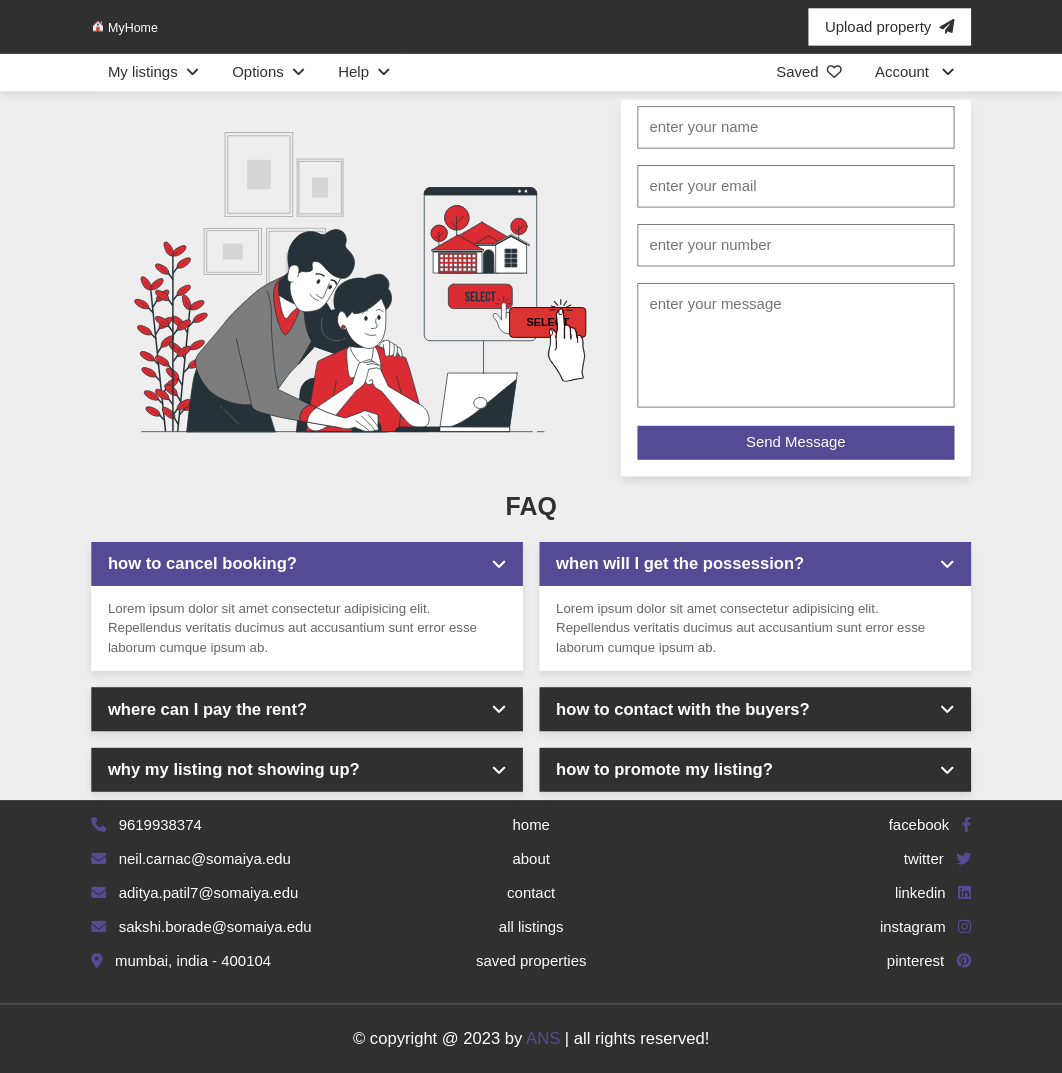
Repository: adi-tya999/wpl-project-realestatewebsite-main
Page: http://localhost/project/contact.php
An editor plug-in stored every save of this project. The page is shown before and after the next save, followed by the edit.
The browser window is 1280 px wide. The pictures show the whole page, at 83% of full size.
The page is run by PHP 8.4 with error messages shown; the project is at /var/www/html/.

Above is the page before, as saved 2023-05-01 17:19:53.

### project/contact.php
<?php

include 'components/connect.php';

if(isset($_COOKIE['user_id'])){
   $user_id = $_COOKIE['user_id'];
}else{
   $user_id = '';
}

if(isset($_POST['send'])){

   $msg_id = create_unique_id();
   $name = $_POST['name'];
   $name = filter_var($name, FILTER_SANITIZE_STRING);
   $email = $_POST['email'];
   $email = filter_var($email, FILTER_SANITIZE_STRING);
   $number = $_POST['number'];
   $number = filter_var($number, FILTER_SANITIZE_STRING);
   $message = $_POST['message'];
   $message = filter_var($message, FILTER_SANITIZE_STRING);

   $verify_contact = $conn->prepare("SELECT * FROM `messages` WHERE name = ? AND email = ? AND number = ? AND message = ?");
   $verify_contact->execute([$name, $email, $number, $message]);

   if($verify_contact->rowCount() > 0){
      $warning_msg[] = 'message sent already!';
   }else{
      $send_message = $conn->prepare("INSERT INTO `messages`(id, name, email, number, message) VALUES(?,?,?,?,?)");
      $send_message->execute([$msg_id, $name, $email, $number, $message]);
      $success_msg[] = 'message send successfully!';
   }

}

?>

<!DOCTYPE html>
<html lang="en">
<head>
   <meta charset="UTF-8">
   <meta http-equiv="X-UA-Compatible" content="IE=edge">
   <meta name="viewport" content="width=device-width, initial-scale=1.0">
   <title>Contact Us</title>
   <link type="image/png" sizes="16x16" rel="icon" href="images/hoe.png">

   <!-- font awesome cdn link  -->
   <link rel="stylesheet" href="https://cdnjs.cloudflare.com/ajax/libs/font-awesome/6.2.0/css/all.min.css">

   <!-- custom css file link  -->
   <link rel="stylesheet" href="css/style.css">

</head>
<body>

<?php include 'components/user_header.php'; ?>

<div>
<!-- contact section starts  -->
<style>
		button {
			background-color: #da3332;
			color: black;
			padding: 10px 20px;
			border: none;
			border-radius: 5px;
			font-size: 1.3rem;
         /* margin-top: 500px; */
         margin-left: 660px;
         font-weight: bold;
         border: 1.5px solid black;
         position: absolute;
         margin-top: 260px;
         /* font-family: Montserrat; Change the font */
         transition: background-color 0.3s, color 0.3s;
         transform: translateX(-50%); /* Adjust for half of the button's width */


		}
      button:hover{
         cursor: pointer;
         background-color: #EEEEEE;
			color: black;
      }
      .selele{

         position: absolute; /* Add relative positioning to the container */
			height: 1000px;
      }
      .finger{
         transition: 600ms;
         position: absolute; /* Add relative positioning to the container */
         height:100px ;
         width:45px ;
         margin-top: 250px;
         margin-left: 660px;
         z-index: 2;
      }
      .finger:hover{
         cursor: pointer;
         transform: scale(0.9); /* Add a scale transform on hover */
      }
      .linke{
         text-decoration: none;
         color: black;
      }
      .touch{
         margin-left: 40px ;
         margin-top: -100px;
      }
      .getin{
         margin-right: 150px;
      }
      .touch:hover{
         transform: scale(0.9); /* Add a scale transform on hover */

      }

	</style>

   <div class="selele">
      <img src="images/fingerwhite.png" class="finger" alt="">
      <button><a class="linke" href="home.php"><b>SELECT</b></a></button>
   </div>
<section class="contact">
   <div class="row">
      <div class="image">
         <img src="images/contact-img.svg" alt="">
      </div>
      <form action="" method="post">
         <h3 class="getin">get in <h3  class="touch">touch</h3></h3>
         <input type="text" name="name" required maxlength="50" placeholder="enter your name" class="box">
         <input type="email" name="email" required maxlength="50" placeholder="enter your email" class="box">
         <input type="number" name="number" required maxlength="10" max="9999999999" min="0" placeholder="enter your number" class="box">
         <textarea name="message" placeholder="enter your message" required maxlength="1000" cols="30" rows="10" class="box"></textarea>
         <input type="submit" value="send message" name="send" class="btn">
      </form>
   </div>

</section>

<!-- contact section ends -->

<!-- faq section starts  -->

<section class="faq" id="faq">

   <h1 class="heading">FAQ</h1>

   <div class="box-container">

      <div class="box active">
         <h3><span>how to cancel booking?</span><i class="fas fa-angle-down"></i></h3>
         <p>Lorem ipsum dolor sit amet consectetur adipisicing elit. Repellendus veritatis ducimus aut accusantium sunt error esse laborum cumque ipsum ab.</p>
      </div>

      <div class="box active">
         <h3><span>when will I get the possession?</span><i class="fas fa-angle-down"></i></h3>
         <p>Lorem ipsum dolor sit amet consectetur adipisicing elit. Repellendus veritatis ducimus aut accusantium sunt error esse laborum cumque ipsum ab.</p>
      </div>

      <div class="box">
         <h3><span>where can I pay the rent?</span><i class="fas fa-angle-down"></i></h3>
         <p>Lorem ipsum dolor sit amet consectetur adipisicing elit. Repellendus veritatis ducimus aut accusantium sunt error esse laborum cumque ipsum ab.</p>
      </div>

      <div class="box">
         <h3><span>how to contact with the buyers?</span><i class="fas fa-angle-down"></i></h3>
         <p>Lorem ipsum dolor sit amet consectetur adipisicing elit. Repellendus veritatis ducimus aut accusantium sunt error esse laborum cumque ipsum ab.</p>
      </div>

      <div class="box">
         <h3><span>why my listing not showing up?</span><i class="fas fa-angle-down"></i></h3>
         <p>Lorem ipsum dolor sit amet consectetur adipisicing elit. Repellendus veritatis ducimus aut accusantium sunt error esse laborum cumque ipsum ab.</p>
      </div>

      <div class="box">
         <h3><span>how to promote my listing?</span><i class="fas fa-angle-down"></i></h3>
         <p>Lorem ipsum dolor sit amet consectetur adipisicing elit. Repellendus veritatis ducimus aut accusantium sunt error esse laborum cumque ipsum ab.</p>
      </div>

   </div>

</section>

<!-- faq section ends -->










<script src="https://cdnjs.cloudflare.com/ajax/libs/sweetalert/2.1.2/sweetalert.min.js"></script>

<?php include 'components/footer.php'; ?>

<!-- custom js file link  -->
<script src="js/script.js"></script>

<?php include 'components/message.php'; ?>
</div>
</body>
</html>

### project/components/connect.php
<?php

   $db_name = 'mysql:host=localhost;dbname=home_db';
   $db_user_name = 'root';
   $db_user_pass = '';

   $conn = new PDO($db_name, $db_user_name, $db_user_pass);

   function create_unique_id(){
      $characters = '0123456789abcdefghijklmnopqrstuvwxyzABCDEFGHIJKLMNOPQRSTUVWXYZ';
      $charactersLength = strlen($characters);
      $randomString = '';
      for ($i = 0; $i < 20; $i++) {
          $randomString .= $characters[mt_rand(0, $charactersLength - 1)];
      }
      return $randomString;
  }

?>

### project/components/user_header.php
<!-- header section starts  -->

<header class="header">

   <nav class="navbar nav-1">
      <section class="flex">
         <a href="home.php" class="logo"><img src="images/hoe.png" alt=""> MyHome</a>

         <ul>
            <li class="upload"><a href="post_property.php">Upload property<i class="fas fa-paper-plane"></i></a></li>
         </ul>
      </section>
   </nav>

   <style>
      .menu{
         font-size: 1rem !important;
      }
   </style>

   <nav class="navbar nav-2">
      <section class="flex">
         <div id="menu-btn" class="fas fa-bars"></div>

         <div class="menu">
            <ul>
               <li><a href="#">My listings<i class="fas fa-angle-down"></i></a>
                  <ul>
                     <li><a href="dashboard.php">Dashboard</a></li>
                     <li><a href="post_property.php">Upload Property</a></li>
                     <li><a href="my_listings.php">My Listings</a></li>
                  </ul>
               </li>
               <li><a href="#">Options<i class="fas fa-angle-down"></i></a>
                  <ul>
                     <li><a href="search.php">Filter search</a></li>
                     <li><a href="listings.php">All listings</a></li>
                  </ul>
               </li>
               <li><a href="#">Help<i class="fas fa-angle-down"></i></a>
                  <ul>
                     <li><a href="about.php">About Us</a></i></li>
                     <li><a href="contact.php">Contact Us</a></i></li>
                     <li><a href="contact.php#faq">FAQ</a></i></li>
                  </ul>
               </li>
            </ul>
         </div>

         <ul>
            <li><a href="saved.php">Saved<i class="far fa-heart"></i></a></li>
            <li><a href="#">Account <i class="fas fa-angle-down"></i></a>
               <ul>
                  <li><a href="login.php">login Now</a></li>
                  <li><a href="register.php">Register New</a></li>
                  <?php if($user_id != ''){ ?>
                  <li><a href="update.php">Update Profile</a></li>
                  <li><a href="components/user_logout.php" onclick="return confirm('logout from this website?');">Logout</a>
                  <?php } ?></li>
               </ul>
            </li>
         </ul>
      </section>
   </nav>

</header>

<!-- header section ends -->

### project/components/footer.php
<!-- footer section starts  -->

<footer class="footer">

   <section class="flex">

      <div class="box">
         <a href="tel:9619938374"><i class="fas fa-phone"></i><span>9619938374</span></a>
         <a href="mailto:neil.carnac@somaiya.edu"><i class="fas fa-envelope"></i><span>neil.carnac@somaiya.edu</span></a>
         <a href="mailto:aditya.patil7@somaiya.edu"><i class="fas fa-envelope"></i><span>aditya.patil7@somaiya.edu</span></a>
         <a href="mailto:sakshi.borade@somaiya.edu"><i class="fas fa-envelope"></i><span>sakshi.borade@somaiya.edu</span></a>
         <a href="#"><i class="fas fa-map-marker-alt"></i><span>mumbai, india - 400104</span></a>
      </div>

      <div class="box">
         <a href="home.php"><span>home</span></a>
         <a href="about.php"><span>about</span></a>
         <a href="contact.php"><span>contact</span></a>
         <a href="listings.php"><span>all listings</span></a>
         <a href="saved.php"><span>saved properties</span></a>
      </div>

      <div class="box">
         <a href="#"><span>facebook</span><i class="fab fa-facebook-f"></i></a>
         <a href="#"><span>twitter</span><i class="fab fa-twitter"></i></a>
         <a href="#"><span>linkedin</span><i class="fab fa-linkedin"></i></a>
         <a href="#"><span>instagram</span><i class="fab fa-instagram"></i></a>
         <a href="#"><span>pinterest</span><i class="fab fa-pinterest"></i></a>

      </div>

   </section>

   <div class="credit">&copy; copyright @ <?= date('Y'); ?> by <span>ANS</span> | all rights reserved!</div>

</footer>

<!-- footer section ends -->

Loaded but not shown: project/components/message.php (common file); project/images/contact-img.svg (1 lines, source omitted); project/js/script.js (21 lines, source omitted); project/css/style.css (1372 lines, source omitted)

After the next save:
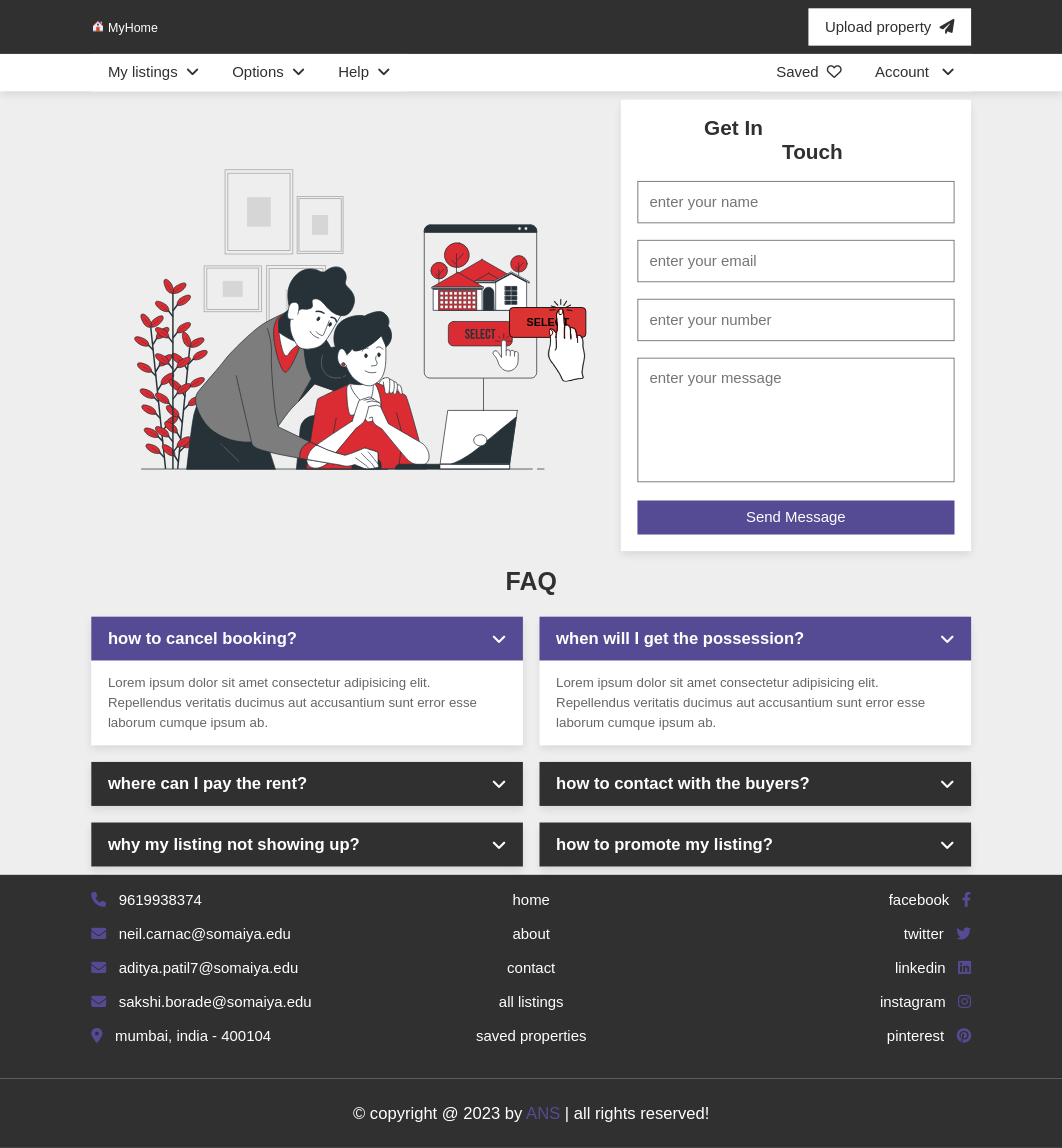
Saved 5 s later.
--- a/project/contact.php
+++ b/project/contact.php
@@ -106,7 +106,7 @@ if(isset($_POST['send'])){
       }
       .touch{
          margin-left: 40px ;
-         margin-top: -100px;
+         margin-top: -10px;
       }
       .getin{
          margin-right: 150px;
